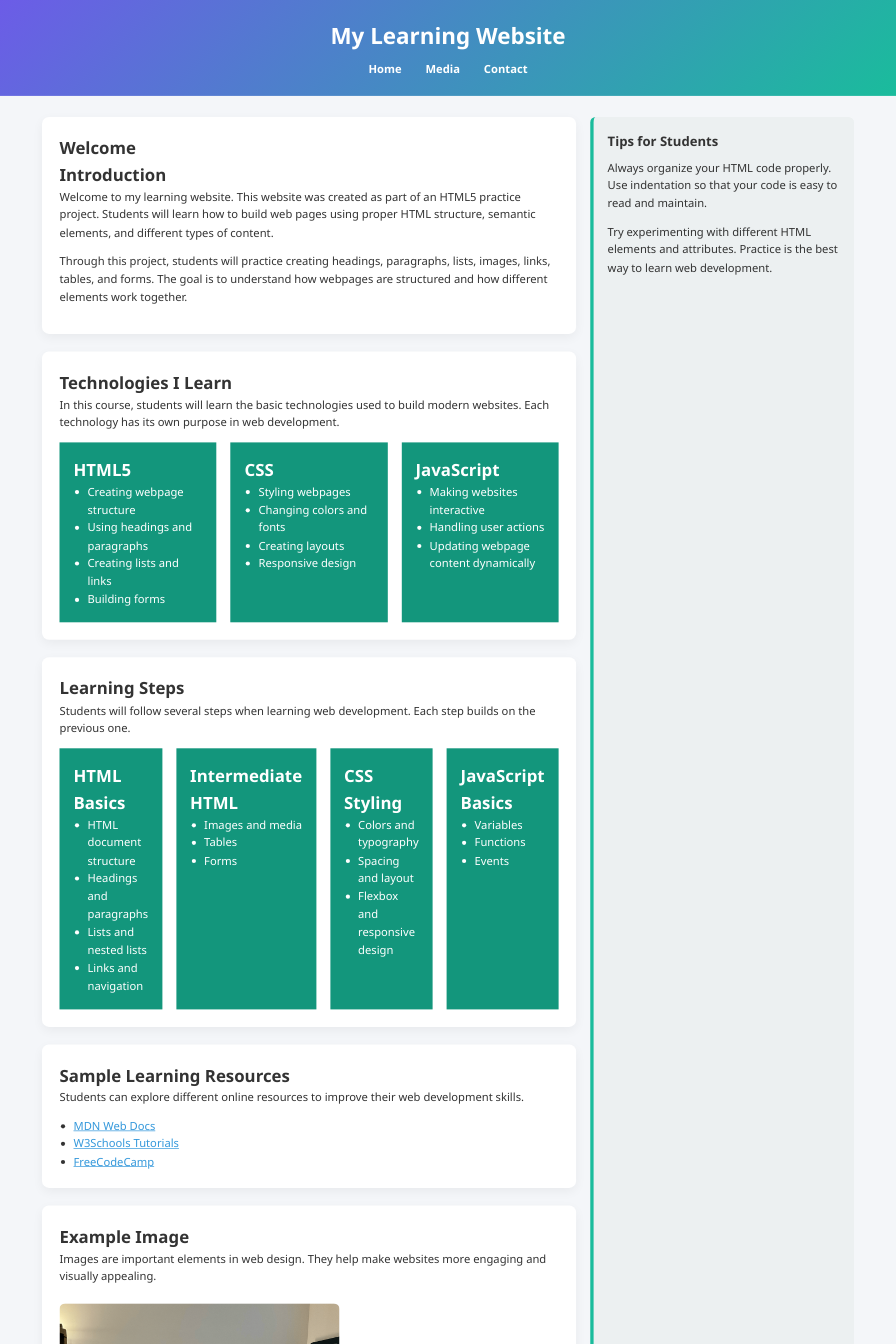
Repository: Than-sothearak/web_client_programing
Page: Week_03/index.html
These files come from the project's save history. The page is drawn as it stood at one moment and after a run of saves; the edit follows.
The browser window is 1280 px wide. The pictures show the part of the page from y = 0 to 1920 px (the page is 5061 px tall before and 2722 px after), at 70% of full size.

Above is the page before, as saved 2026-03-24 22:02:59.

After the next 2 saves:
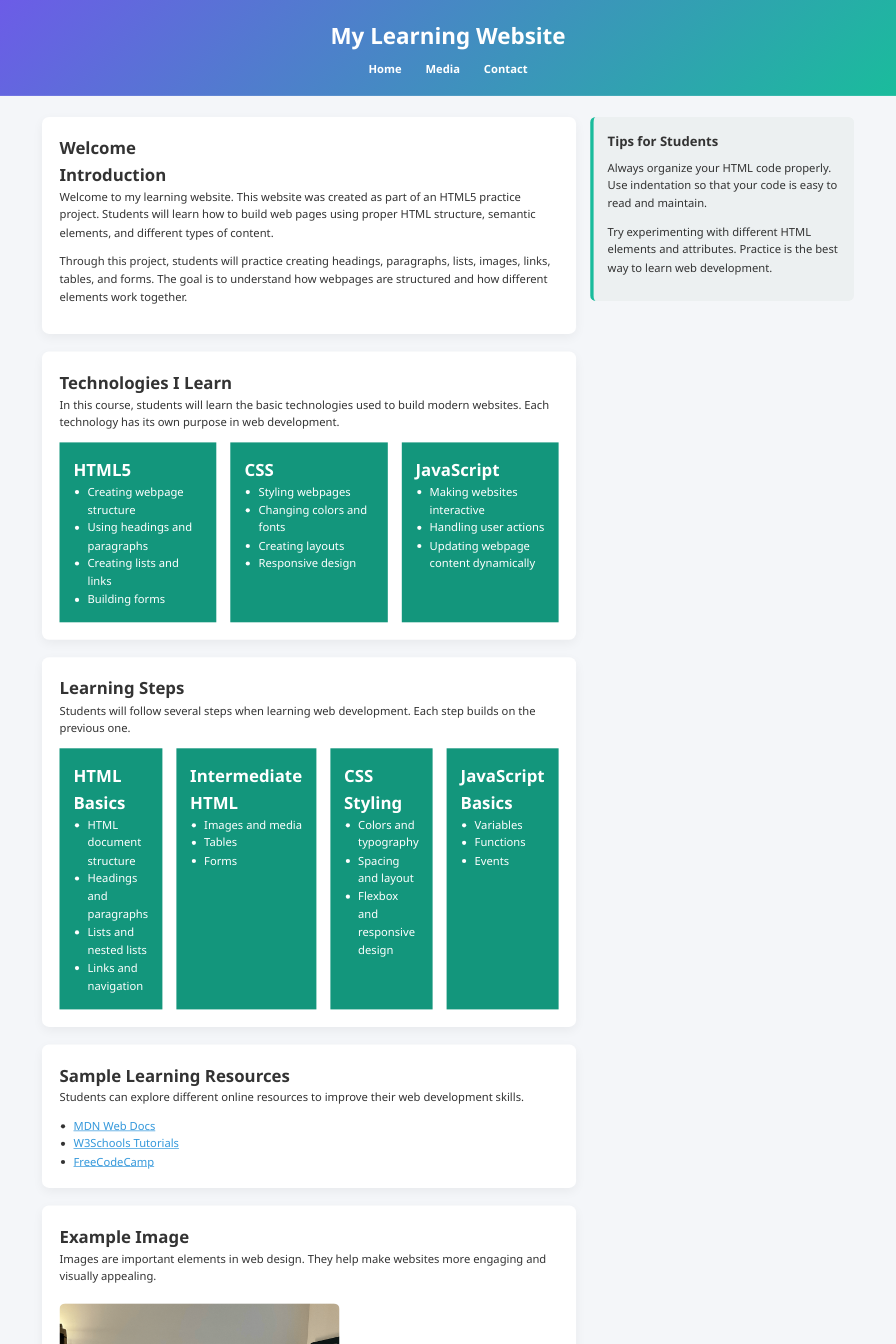
The 2 saves are shown as one change because they came seconds apart.
The last was saved 16 s later.
--- a/Week_03/index.html
+++ b/Week_03/index.html
@@ -206,7 +206,7 @@
           </table>
         </section>
       </div>
-      <div>
+
         <aside>
           <h3>Tips for Students</h3>
 
@@ -221,20 +221,7 @@
           </p>
         </aside>
 
-        <aside>
-          <h3>Tips for Students</h3>
-
-          <p>
-            Always organize your HTML code properly. Use indentation so that
-            your code is easy to read and maintain.
-          </p>
-
-          <p>
-            Try experimenting with different HTML elements and attributes.
-            Practice is the best way to learn web development.
-          </p>
-        </aside>
-      </div>
+
     </main>
     <footer>
       <p>© 2026 Student Learning Website</p>
